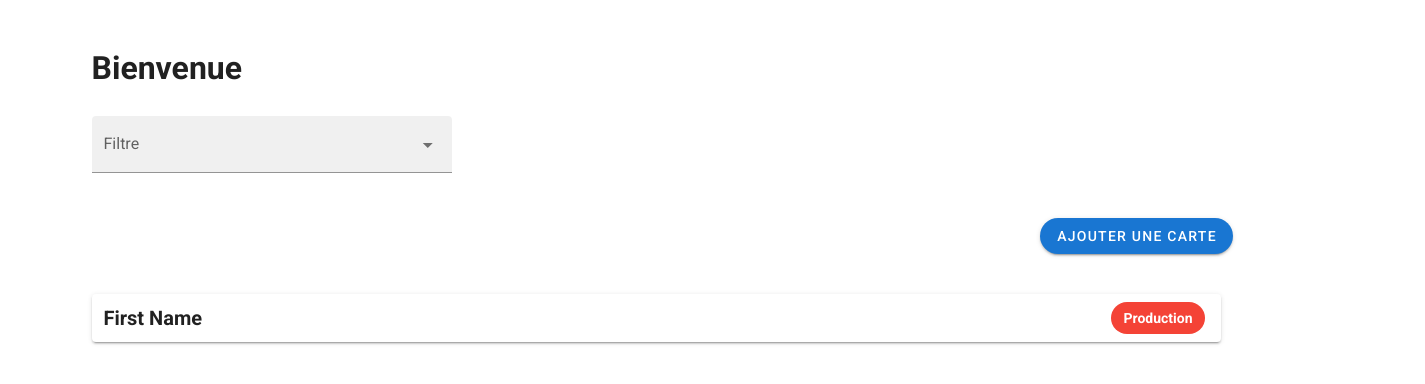
Repository: SidneyHodieb/myc
Page: /
An editor plug-in stored every save of this project. The page is shown before and after the next save, followed by the edit.
The browser window is 1280 px wide. The page is 1425 px wide, so the pictures cover 1425 px, including what lies to the right of the window. The pictures show the whole page.
The project was rebuilt for these pictures with package versions that can differ from the ones it lists, and the page was loaded fresh each time. Also part of the build but not shown: vue.config.js.

Above is the page before, as saved 2021-04-02 00:26:57.

After the next save:
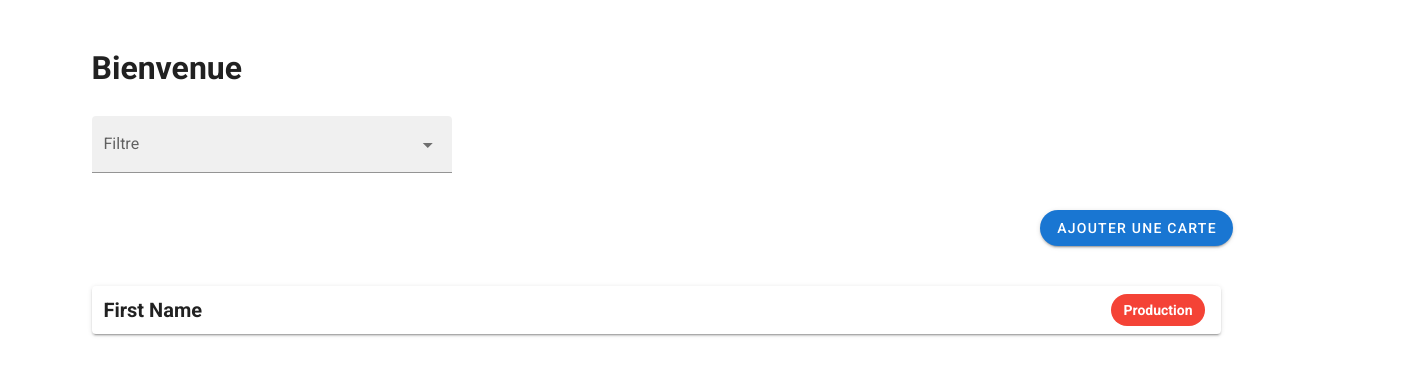
Saved 5 s later.
--- a/src/views/Home.vue
+++ b/src/views/Home.vue
@@ -7,7 +7,7 @@
       <v-col class="d-flex" sm="4">
         <v-select :items="items" filled label="Filtre"></v-select>
       </v-col>
-     <v-col offset-md="8" class="mt-n2" sm="6">
+     <v-col offset-md="8" class="mt-n4" sm="6">
       <div class="text-center">
         <v-btn rounded color="primary">
           Ajouter une carte

After the 2 saves that followed:
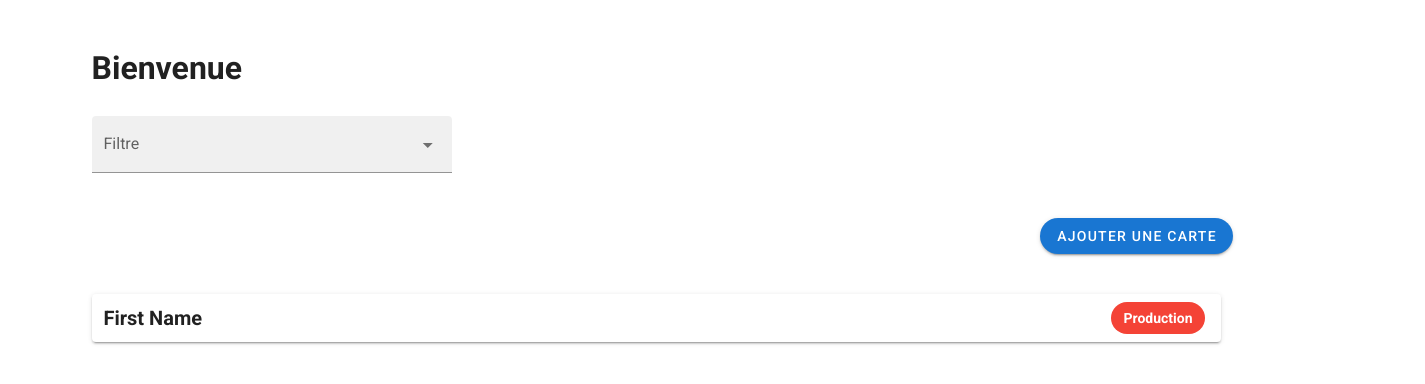
The 2 saves are shown as one change because they came seconds apart.
The last was saved 15 s later.
--- a/src/views/Home.vue
+++ b/src/views/Home.vue
@@ -7,7 +7,7 @@
       <v-col class="d-flex" sm="4">
         <v-select :items="items" filled label="Filtre"></v-select>
       </v-col>
-     <v-col offset-md="8" class="mt-n4" sm="6">
+     <v-col offset-md="8" class="mt-n2" sm="6">
       <div class="text-center">
         <v-btn rounded color="primary">
           Ajouter une carte
